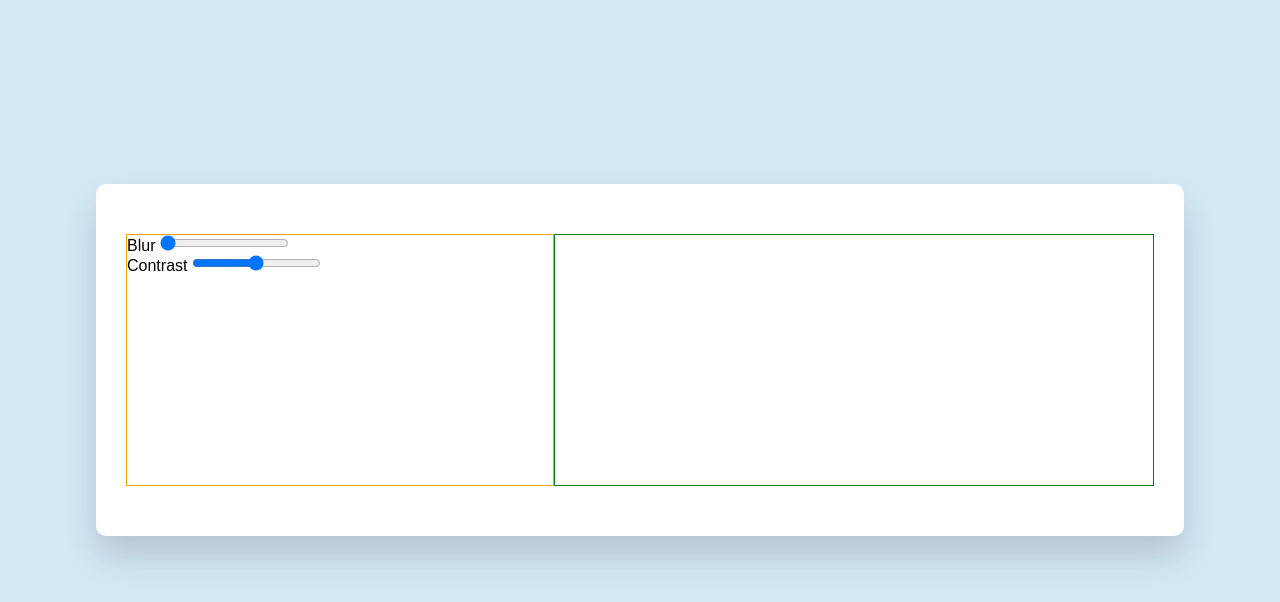
Repository: Larrowo/Challenges
Page: Photo filter/index.html
These files come from the project's save history. The page is drawn as it stood at one moment and after the next save; the edit follows.
The browser window is 1280 px wide. The pictures show the whole page.

Above is the page before, as saved 2022-04-01 12:21:06.

### Photo filter/index.html
<!DOCTYPE html>
<html lang="en">
<head>
    <meta charset="UTF-8">
    <meta http-equiv="X-UA-Compatible" content="IE=edge">
    <meta name="viewport" content="width=device-width, initial-scale=1.0">
    <link rel="stylesheet" href="style.css">
    <script src="script.js" defer></script>
    <title>Document</title>
</head>
<body>
    <div class="wrapper">
        <div class="editor">
            <div class="filter">
                <label for="blur">Blur</label>
                <input type="range" min="0" max="5" value="0" step="0.1" id="blur">
            </div>
            <div class="filter">
                <label for="contrast">Contrast</label>
                <input type="range" min="0" max="200" value="100"  id="Contrast">
            </div>
        </div>
        <div class="results">

        </div>
    </div>
</body>
</html>

### Photo filter/style.css
*{
    padding: 0;
    margin: 0;
    box-sizing: border-box;
    font-family: "Rubik",sans-serif;
}

body{
    background-color: #d3e8f5;
}

 .wrapper{
     width: 85vw;
     padding: 50px 30px;
     background-color: #ffffff;
     position: absolute;
     transform: translate(-50%,-50%);
     top: 50%;
     left: 50%;
     border-radius: 10px;
     box-shadow: 0 20px 35px rgba(0,0,0,0.15);
     display: grid;
     grid-template-columns: 5fr 7fr;
 }

 .editor{
     border: 1px solid orange;
     min-height: 35vmin;
     display: flex;
     flex-direction: column;
 }

 .results{
     border: 1px solid green;
 }

Loaded but not shown: Photo filter/script.js (no copy from this time; the picture is the same without it)

After the next save:
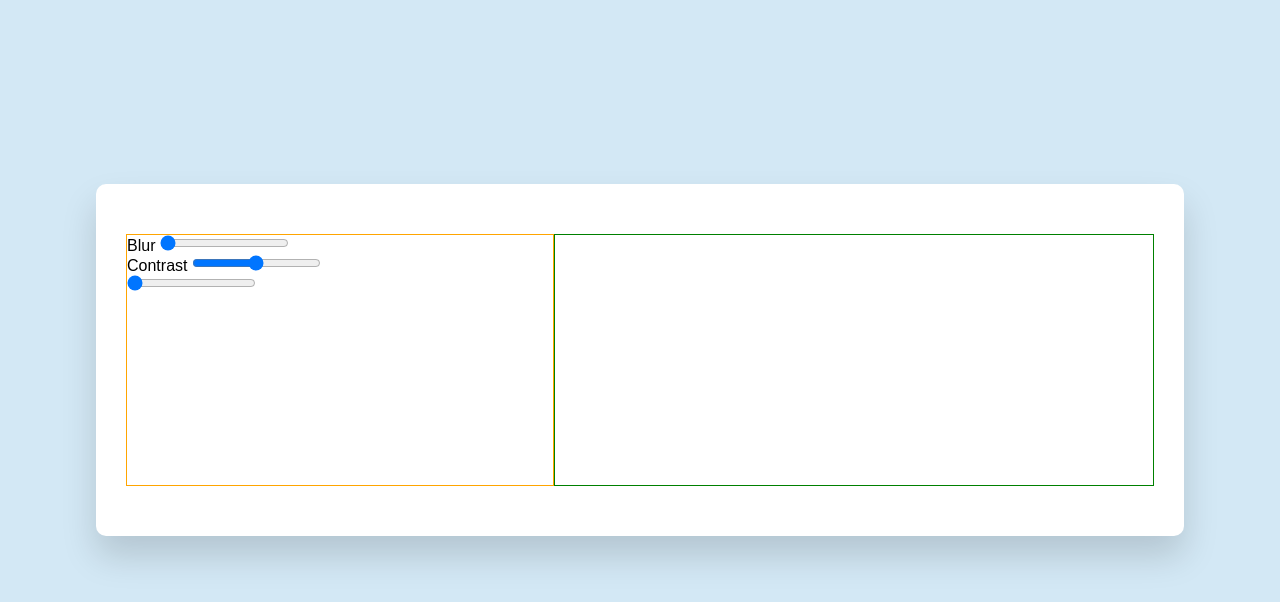
Saved 102 s later.
--- a/Photo filter/index.html
+++ b/Photo filter/index.html
@@ -19,6 +19,10 @@
                 <label for="contrast">Contrast</label>
                 <input type="range" min="0" max="200" value="100"  id="Contrast">
             </div>
+            <div class="filter">
+                <label for="Hue-rotate"></label>
+                <input type="range" min="0" max="360" value="0"  id="">
+            </div>
         </div>
         <div class="results">
 
